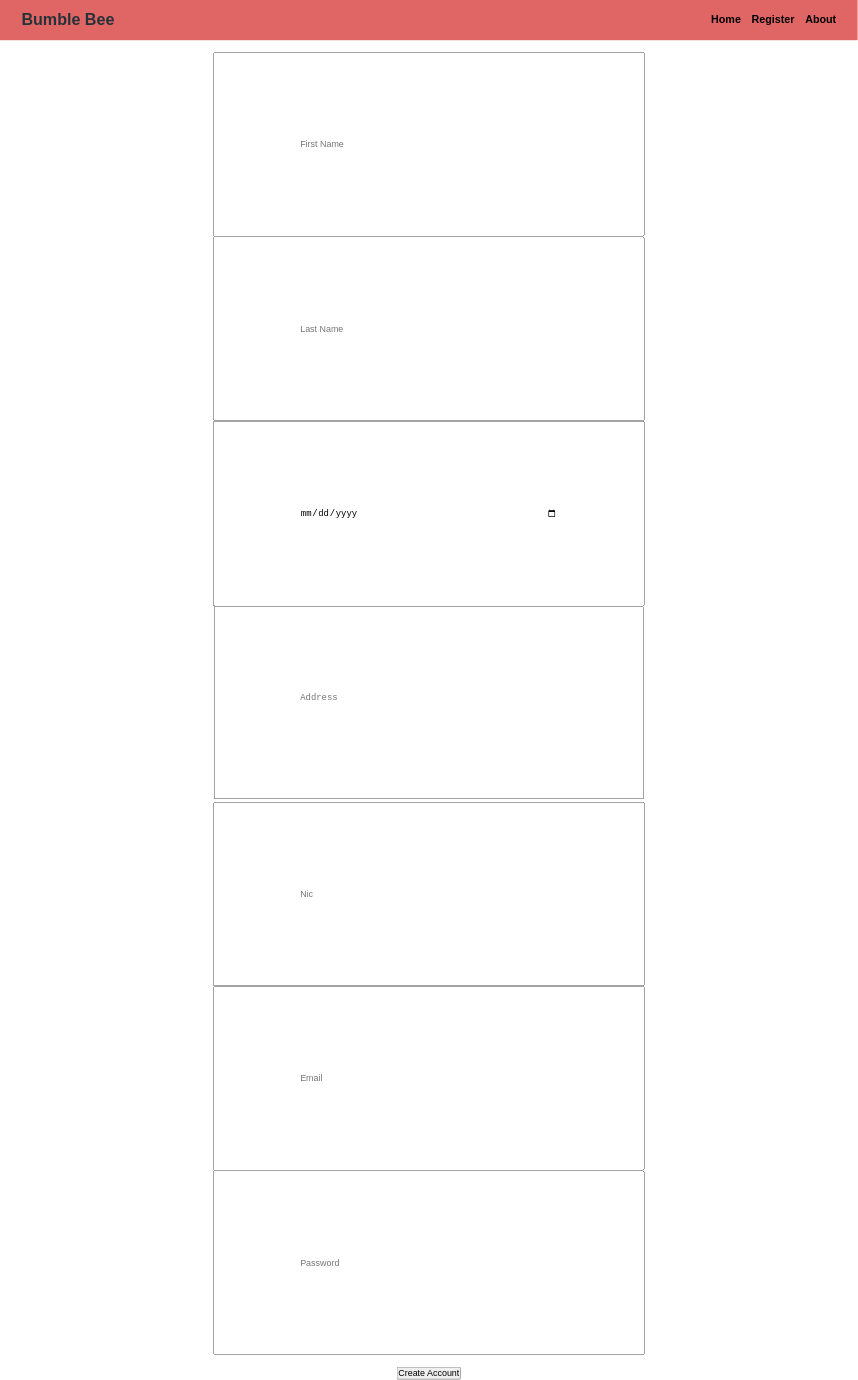
Repository: developerks611/Bumble-bee
Page: http://localhost/Bumble/add-customer.jsp
These files come from the project's save history. The page is drawn as it stood at one moment and after the next save; the edit follows.
The browser window is 1280 px wide. The pictures show the whole page, at 67% of full size.
The page is served by Tomcat 9. Other server files are loaded and not shown.

Above is the page before, as saved 2023-02-28 03:44:56.

### Bumble/src/main/webapp/add-customer.jsp
<%@ page language="java" contentType="text/html; charset=ISO-8859-1"
    pageEncoding="ISO-8859-1" isELIgnored="false"%>
 <%@ taglib prefix = "tag" uri = "http://java.sun.com/jsp/jstl/core" %>
<!DOCTYPE html>
<html>
<head>

<style>
textarea{
	resize:none;
}

* {
  padding: 0;
  margin: 0;
}

body {
  font-family: Arial, Tahoma, Serif;
  color: #263238;
}

nav {
  display: flex;
  justify-content:space-between;
  align-items: center;
  padding: 1rem 2rem;
  background: #e06666;
}

nav ul {
  display: flex;
  list-style: none;
}

nav li {
  padding-left: 1rem;
}

nav a {
  text-decoration: none;
  color: black;
  font-weight:bold;
}

.container {
 text-align:center;
}

.txt_input{

	width:30%;
	height:auto;
	padding: 10%;
}


 /*
  Extra small devices (phones, 600px and down)
*/
@media only screen and (max-width: 600px) {
  nav {
    flex-direction: column;
  }
  nav ul {
    flex-direction: column;
    padding-top: 0.5rem;
  }
  nav li {
    padding: 0.5rem 0;
  }
}
</style>
<meta charset="ISO-8859-1">
<title>Customer Registration</title>
</head>
<body>


<nav>
  <h2>Bumble Bee</h2>
  <ul>
    <li><a href="#">Home</a></li>
    <li><a href="#">Register</a></li>
    <li><a href="#">About</a></li>
  </ul>
</nav><br>

<div  class="container">
<p>${message }<p>
<form action="addData" method="post">
<input type="text" name="fname" placeholder="First Name" required class="txt_input"><br>
<input type="text" name="lname" placeholder="Last Name" required class="txt_input"><br>
<input type="date" name="dob" required class="txt_input"><br>
<textarea placeholder="Address" required name="adress" required class="txt_input"></textarea ><br>
<input type="text" name="nic" placeholder="Nic" required class="txt_input"><br>
<input type="email" name="email" placeholder="Email" required class="txt_input"><br>
<input type="password" name="password" placeholder="Password" required class="txt_input"><br><br>
<input type="hidden" name="action" value="addClient">
<button type="submit" class="btn btn-success createAccount">Create Account</button>

</form>
</div>
</body>
</html>

After the next save:
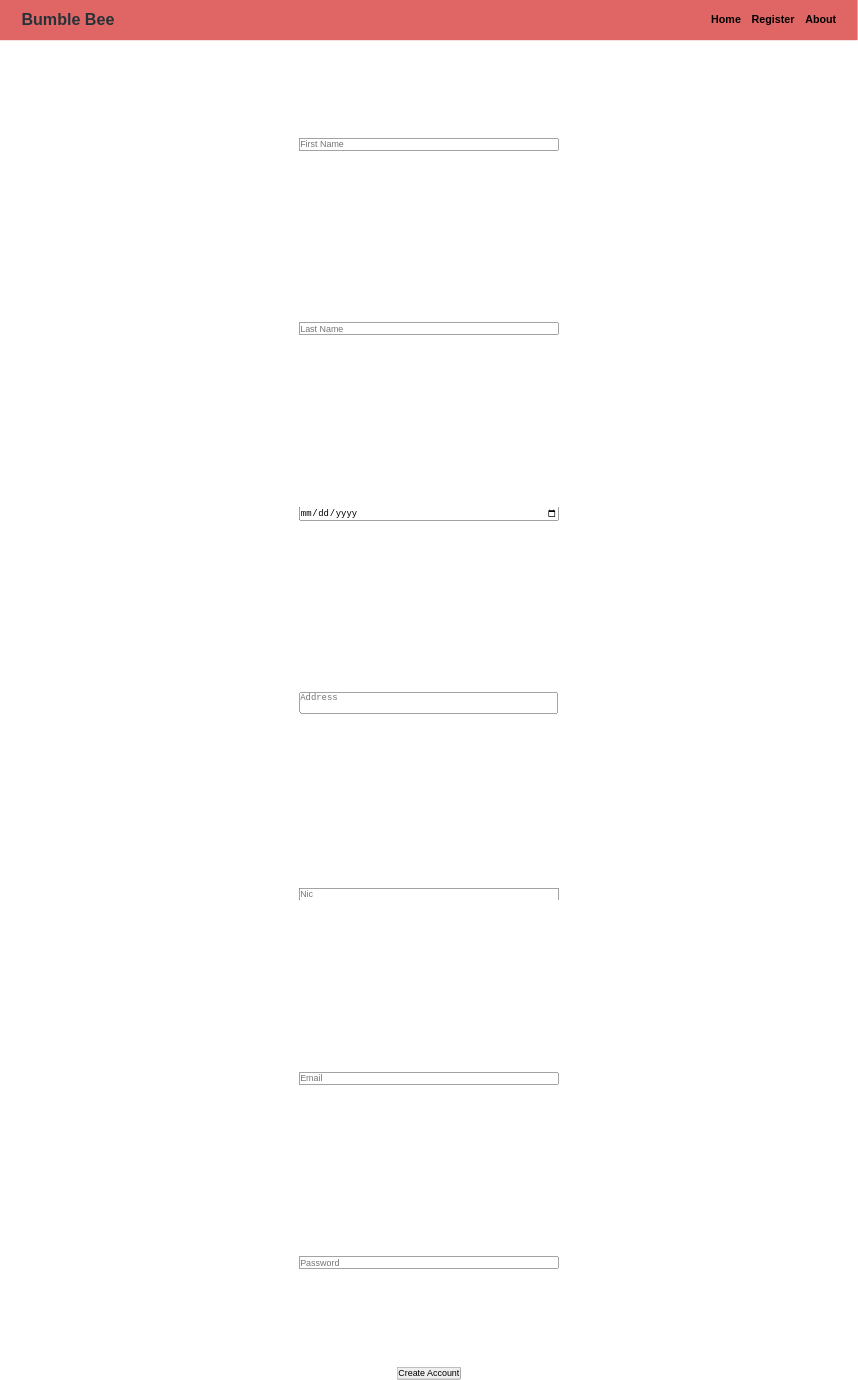
Saved 9 s later.
--- a/Bumble/src/main/webapp/add-customer.jsp
+++ b/Bumble/src/main/webapp/add-customer.jsp
@@ -51,7 +51,7 @@ nav a {
 
 	width:30%;
 	height:auto;
-	padding: 10%;
+	margin: 10%;
 }
 
 
